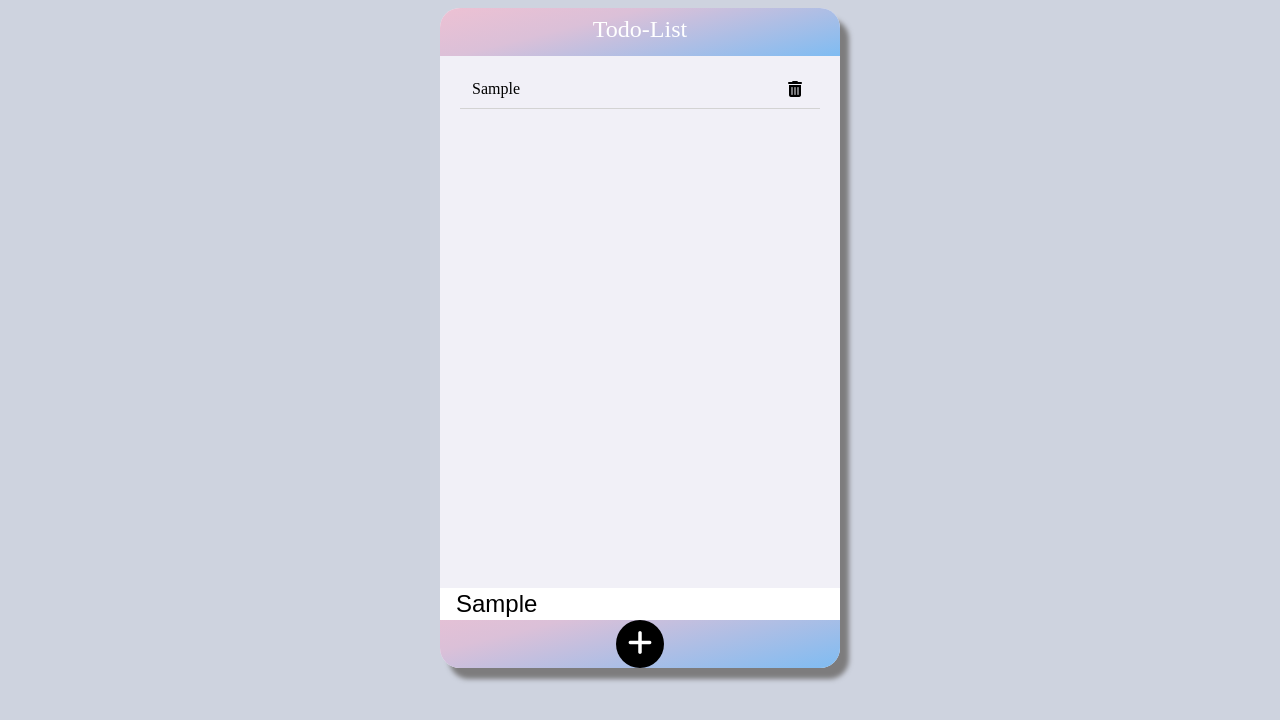
Repository: kimyongyeon/lsa_mento_db
Page: Todo-list.html
An editor plug-in stored every save of this project. The page is shown before and after the next save, followed by the edit.
The browser window is 1280 px wide. The pictures show the whole page.
Empty fields were first filled with sample values (such as "Sample", 5 or name@example.com).
After loading, the first visible `form.new-form` was submitted once.
Some web libraries are served in a nearby version.

Above is the page before, as saved 2023-03-02 13:48:42.
Console error: TypeError: Assignment to constant variable.

### Todo-list.html
<!DOCTYPE html>
<html lang="en">
  <head>
    <meta charset="UTF-8" />
    <meta http-equiv="X-UA-Compatible" content="IE=edge" />
    <meta name="viewport" content="width=device-width, initial-scale=1.0" />
    <title>Todo-list</title>
    <link rel="stylesheet" href="style.css" />
    <script
      src="https://kit.fontawesome.com/cedd8ea2fb.js"
      crossorigin="anonymous"
    ></script>
    <script src="main.js" defer></script>
  </head>
  <body>
    <section class="list">
      <header class="header">Todo-List</header>
      <ul class="items"></ul>
      <footer class="footer">
        <form class="new-form">
          <input type="text" class="footer__input" />
          <button type="submit" class="footer__button">
            <i class="fa-solid fa-plus"></i>
          </button>
        </form>
      </footer>
    </section>
  </body>
</html>

### style.css
* {
  box-sizing: border-box;
}

ul {
  padding: 0;
}

button {
  outline: none;
  cursor: pointer;
  border: none;
  background: transparent;
}

body {
  background-color: #ced3df;
  text-align: center;
}

.list {
  width: 400px;
  background-color: #f1f0f7;
  border-radius: 20px;
  margin: auto;
  -webkit-box-shadow: 9px 11px 5px 0px rgba(125, 124, 125, 1);
  -moz-box-shadow: 9px 11px 5px 0px rgba(125, 124, 125, 1);
  box-shadow: 9px 11px 5px 0px rgba(125, 124, 125, 1);
}

.header {
  height: 48px;
  padding: 8px;
  color: white;
  font-size: 24px;
  background: rgba(237, 193, 211);
  background: linear-gradient(
    166deg,
    rgba(237, 193, 211, 1) 0%,
    rgba(219, 192, 216, 1) 35%,
    rgba(127, 188, 242, 1) 100%
  );
  border-radius: 20px 20px 0 0;
}

.items {
  height: 500px;
  overflow-y: auto;
}

.item {
  display: flex;
  justify-content: space-between;
  padding: 8px 32px;
}

.item__delete {
  font-size: 16px;
  transition: all 300ms ease-in;
}

.item__delete:hover {
  color: red;
  transform: scale(1.1);
}

.item__divider {
  height: 1px;
  width: 90%;
  margin: auto;
  background-color: lightgray;
}

.footer {
  background: rgba(237, 193, 211);
  background: linear-gradient(
    166deg,
    rgba(237, 193, 211, 1) 0%,
    rgba(219, 192, 216, 1) 35%,
    rgba(127, 188, 242, 1) 100%
  );
  border-radius: 0 0 20px 20px;
}

.footer__input {
  width: 100%;
  height: 32px;
  border: none;
  outline: none;
  font-size: 24px;
  padding: 0 16px;
}

.footer__button {
  width: 48px;
  height: 48px;
  background-color: black;
  border-radius: 50%;
  font-size: 28px;
  color: white;
  transition: transform 300ms ease-in;
}

.footer__button:hover {
  transform: scale(1.1);
}

### main.js
const footer__input = document.querySelector(".footer__input");
const footer__button = document.querySelector(".footer__button");
const new__form = document.querySelector(".new-form");
const items = document.querySelector(".items");

new__form.addEventListener("submit", event => {
  event.preventDefault();
  createList();
});

function createList() {
  // 입력값 받기
  let text = footer__input.value;

  // li(item) 생성
  const item = createItem(text);
  items.appendChild(item);

  footer__input = "";
}

let id = 0;

function createItem(text) {
  const item__row = document.createElement("li");
  item__row.setAttribute("class", "item__row");
  item__row.setAttribute("data-id", id);
  item__row.innerHTML = `
    <div class="item">
    <span class="item__name">${text}</span>
    <button class="item__delete">
      <i class="fa-solid fa-trash-can" data-id="${id}"></i>
    </button>
  </div>
  <div class="item__divider"></div>
  `;
  id++;
  return item__row;
}

items.addEventListener("click", event => {
  let id = event.target.dataset.id;
  if (id) {
    let del_item = document.querySelector(`.item__row[data-id="${id}"]`);
    del_item.remove();
  }
});

After the next save:
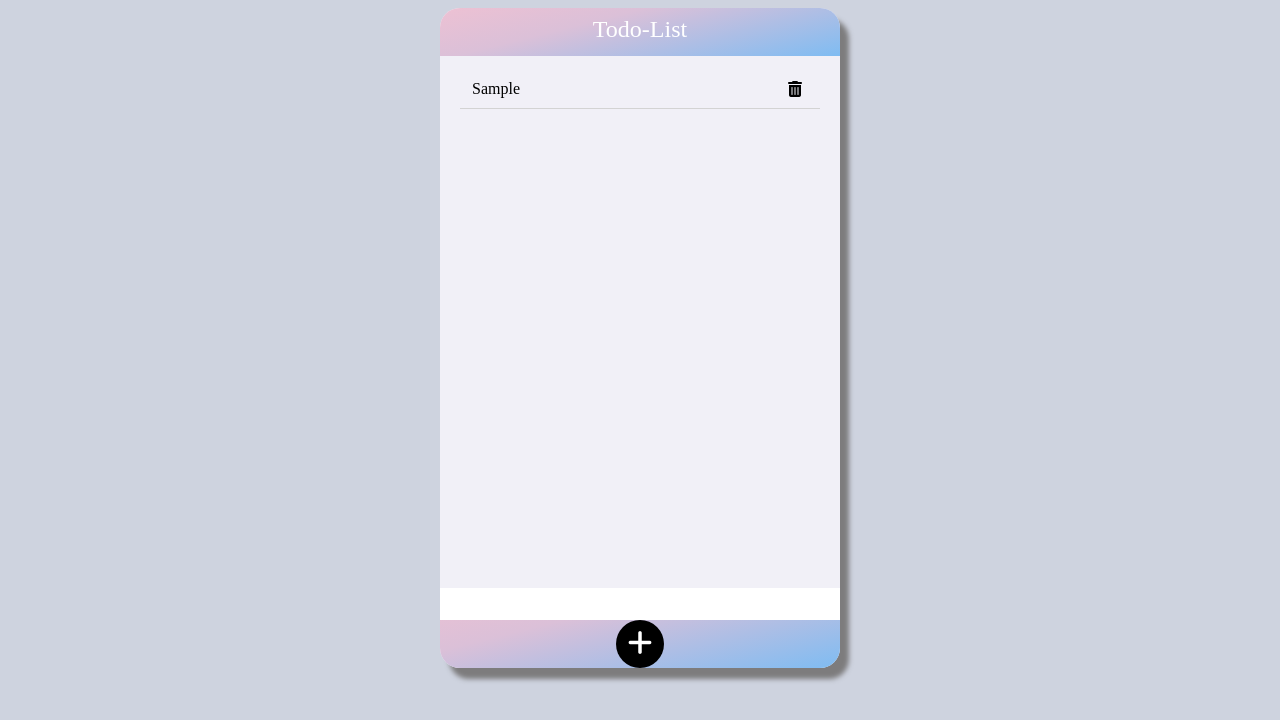
The error is gone.
Saved 22 s later.
--- a/main.js
+++ b/main.js
@@ -16,7 +16,7 @@ function createList() {
   const item = createItem(text);
   items.appendChild(item);
 
-  footer__input = "";
+  footer__input.value = "";
 }
 
 let id = 0;
